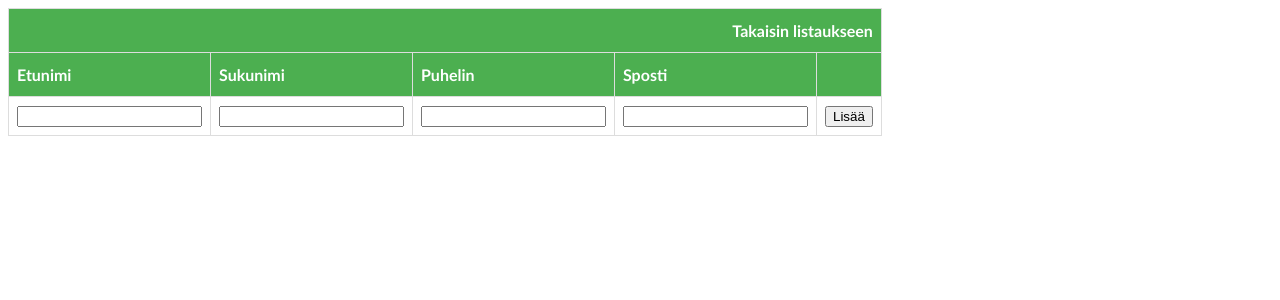
Repository: NicklasHH/Etatehtava_6
Page: http://localhost/Asiakkaat/lisaaasiakas.jsp
The author's editor kept a copy of each file at every save. The page is drawn from the files as they stood at one save, then again after the next save.
The browser window is 1280 px wide. The pictures show the whole page.
The page is served by Tomcat 9. Other server files are loaded and not shown.

Above is the page before, as saved 2022-11-08 12:25:20.
Console error: ReferenceError: asetaFokus is not defined

### Asiakkaat/src/main/webapp/lisaaasiakas.jsp
<%@ page language="java" contentType="text/html; charset=UTF-8"
	pageEncoding="ISO-8859-1"%>
<!DOCTYPE html>
<html>
<head>
<meta charset="utf-8">
<script src="scripts/main.js"></script>
<link rel="stylesheet" type="text/css" href="css/main.css">
<title>Asiakkaan lisäys</title>
</head>
<body onload="asetaFokus('etunimi')">
	<form name="lomake">
		<table>
			<thead>
				<tr>
					<th colspan="5" class="oikealle"><a id="linkki"
						href="listaaasiakkaat.jsp">Takaisin listaukseen</a></th>
				</tr>
				<tr>
					<th>Etunimi</th>
					<th>Sukunimi</th>
					<th>Puhelin</th>
					<th>Sposti</th>
					<th></th>
				</tr>
			</thead>
			<tbody>
				<tr>
					<td><input type="text" name="etunimi" id="etunimi" /></td>
					<td><input type="text" name="sukunimi" id="sukunimi" /></td>
					<td><input type="text" name="puhelin" id="puhelin" /></td>
					<td><input type="text" name="sposti" id="sposti" /></td>
					<td><input type="button" value="Lisää"
						onclick="tutkiJaLisaa()" /></td>
				</tr>
			</tbody>
		</table>
	</form>
	<p id="ilmo"></p>
</body>
</html>

### Asiakkaat/src/main/webapp/scripts/main.js
//funktio lomaketietojen muuttamiseksi JSON-stringiksi
function serialize_form(form) {
	return JSON.stringify(
		Array.from(new FormData(form).entries())
			.reduce((m, [key, value]) => Object.assign(m, { [key]: value }), {})
	);
}

//funktio arvon lukemiseen urlista avaimen perusteella
function requestURLParam(sParam) {
	let sPageURL = window.location.search.substring(1);
	let sURLVariables = sPageURL.split("&");
	for (let i = 0; i < sURLVariables.length; i++) {
		let sParameterName = sURLVariables[i].split("=");
		if (sParameterName[0] == sParam) {
			return sParameterName[1];
		}
	}
}


//funktio tietojen hakemista varten. Kutsutaan backin GET metodia
function haeAsiakkaat() {
	let url = "asiakkaat?hakusana=" + document.getElementById("hakusana").value;
	let requestOptions = {
		method: "GET",
		headers: { "Content-Type": "application/x-www-form-urlencoded" }
	};
	fetch(url, requestOptions)
		.then(response => response.json())//Muutetaan vastausteksti JSON-objektiksi
		.then(response => printItems(response))
		.catch(errorText => console.error("Fetch failed: " + errorText));
}

//Kirjoitetaan tiedot taulukkoon JSON-objektilistasta
function printItems(respObjList) {
	//console.log(respObjList);
	let htmlStr = "";
	for (let item of respObjList) {//yksi kokoelmalooppeista
		htmlStr += "<tr id='rivi_" + item.asiakas_id + "'>";
		htmlStr += "<td>" + item.etunimi + "</td>";
		htmlStr += "<td>" + item.sukunimi + "</td>";
		htmlStr += "<td>" + item.puhelin + "</td>";
		htmlStr += "<td>" + item.sposti + "</td>";
		htmlStr += "<td><a href='muutaasiakas.jsp?id=" + item.asiakas_id + "'>Muuta</a>&nbsp;";
		htmlStr += "<span class='poista' onclick=varmistaPoisto(" + item.asiakas_id + ",'" + encodeURI(item.etunimi + " " + item.sukunimi) + "')>Poista</span></td>"; //encodeURI() muutetaan erikoismerkit, välilyönnit jne. UTF-8 merkeiksi.
		htmlStr += "</tr>";
	}
	document.getElementById("tbody").innerHTML = htmlStr;
}

// Tutkitaan lisättävät tiedot ennen niiden lähettämistä backendiin
function tutkiJaLisaa() {
	if (tutkiTiedot()) {
		lisaaTiedot();
	}
}
// Tutkitaan lisättävät tiedot ennen niiden päivittämistä backendiin
function tutkiJaPaivita() {
	if (tutkiTiedot()) {
		paivitaTiedot();
	}
}

//funktio syöttötietojen tarkistamista varten (yksinkertainen)
function tutkiTiedot() {
	let ilmo = "";
	if (document.getElementById("etunimi").value.length < 2) {
		ilmo = "Etunimi ei kelpaa!";
		document.getElementById("etunimi").focus();
	} else if (document.getElementById("sukunimi").value.length < 2) {
		ilmo = "Sukunimi ei kelpaa!";
		document.getElementById("sukunimi").focus();
	} else if (document.getElementById("puhelin").value.length < 7) {
		ilmo = "puhelinnumero ei kelpaa!";
		document.getElementById("puhelin").focus();
	} else if (document.getElementById("sposti").value.length < 8 || document.getElementById("sposti").value.indexOf(".") == -1 || document.getElementById("sposti").value.indexOf("@") == -1) {
		ilmo = "Sähköposti ei kelpaa!";
		document.getElementById("sposti").focus();
	}

	if (ilmo != "") {
		document.getElementById("ilmo").innerHTML = ilmo;
		setTimeout(function() { document.getElementById("ilmo").innerHTML = ""; }, 3000);
		return false;
	} else {
		document.getElementById("etunimi").value = siivoa(document.getElementById("etunimi").value);
		document.getElementById("sukunimi").value = siivoa(document.getElementById("sukunimi").value);
		document.getElementById("puhelin").value = siivoa(document.getElementById("puhelin").value);
		document.getElementById("sposti").value = siivoa(document.getElementById("sposti").value);
		return true;
	}
}

//Funktio XSS-hyökkäysten estämiseksi (Cross-site scripting)
function siivoa(teksti) {
	teksti = teksti.replace(/</g, "");//&lt;
	teksti = teksti.replace(/>/g, "");//&gt;
	teksti = teksti.replace(/;/g, "");//&#59;
	teksti = teksti.replace(/'/g, "''");//&apos;
	return teksti;
}

//funktio tietojen lisäämistä varten. Kutsutaan backin POST-metodia ja välitetään kutsun mukana asiakkaan tiedot json-stringinä.
function lisaaTiedot() {
	let formData = serialize_form(document.lomake); //Haetaan tiedot lomakkeelta ja muutetaan JSON-stringiksi
	//console.log(formData);
	let url = "asiakkaat";
	let requestOptions = {
		method: "POST", //Lisätään asiakas
		headers: { "Content-Type": "application/json; charset=UTF-8" },  //charset=UTF-8 hoitaa skandinaaviset merkit oikein backendiin
		body: formData
	};
	fetch(url, requestOptions)
		.then(response => response.json())//Muutetaan vastausteksti JSON-objektiksi
		.then(responseObj => {
			//console.log(responseObj);
			if (responseObj.response == 0) {
				document.getElementById("ilmo").innerHTML = "Asiakkaan lisäys epäonnistui.";
			} else if (responseObj.response == 1) {
				document.getElementById("ilmo").innerHTML = "Asiakkaan lisäys onnistui.";
				document.lomake.reset(); //Tyhjennetään asiakkaan lisäämisen lomake
			}
			setTimeout(function() { document.getElementById("ilmo").innerHTML = ""; }, 3000);
		})
		.catch(errorText => console.error("Fetch failed: " + errorText));
}

function varmistaPoisto(asiakas_id, nimi) {
	if (confirm("Poista asiakas " + decodeURI(nimi) + "?")) { //decodeURI() muutetaan enkoodatut merkit takaisin normaaliksi kirjoitukseksi
		poistaAsiakas(asiakas_id, nimi);
	}
}

//Poistetaan Asiakas kutsumalla backin DELETE-metodia ja välittämällä sille poistettavan asiakkaan id
function poistaAsiakas(asiakas_id, nimi) {
	let url = "asiakkaat?asiakas_id=" + asiakas_id;
	let requestOptions = {
		method: "DELETE"
	};
	fetch(url, requestOptions)
		.then(response => response.json())//Muutetaan vastausteksti JSON-objektiksi
		.then(responseObj => {
			//console.log(responseObj);
			if (responseObj.response == 0) {
				alert("Asiakkaan poisto epäonnistui.");
			} else if (responseObj.response == 1) {
				document.getElementById("rivi_" + asiakas_id).style.backgroundColor = "red";
				alert("Asiakkaan " + decodeURI(nimi) + " poisto onnistui."); //decodeURI() muutetaan enkoodatut merkit takaisin normaaliksi kirjoitukseksi
				haeAsiakkaat();
			}
		})
		.catch(errorText => console.error("Fetch failed: " + errorText));
}


//Funktio tietojen hakemista varten. Kutsutaan backin GET metodia
function haeAsiakas() {
	let url = "asiakkaat?asiakas_id=" + requestURLParam("id");
	let requestOptions = {
		method: "GET",
		headers: { "Content-Type": "application/x-www-form-urlencoded" }
	};
	fetch(url, requestOptions)
		.then(response => response.json())//Muutetaan vastausteksti JSON-objektiksi
		.then(response => {
			console.log(response)
			document.getElementById("asiakas_id").value = response.asiakas_id;
			document.getElementById("etunimi").value = response.etunimi;
			document.getElementById("sukunimi").value = response.sukunimi;
			document.getElementById("puhelin").value = response.puhelin;
			document.getElementById("sposti").value = response.sposti;
		})
		.catch(errorText => console.error("Fetch failed: " + errorText));
}

//funktio tietojen päivittämistä varten. Kutsutaan backin PUT-metodia ja välitetään kutsun mukana uudet tiedot json-stringinä.
function paivitaTiedot() {
	let formData = serialize_form(lomake); //Haetaan tiedot lomakkeelta ja muutetaan JSON-stringiksi
	//console.log(formData);
	let url = "asiakkaat";
	let requestOptions = {
		method: "PUT", //Muutetaan asiakas
		headers: { "Content-Type": "application/json; charset=UTF-8" },
		body: formData
	};
	fetch(url, requestOptions)
		.then(response => response.json())//Muutetaan vastausteksti JSON-objektiksi
		.then(responseObj => {
			//console.log(responseObj);
			if (responseObj.response == 0) {
				document.getElementById("ilmo").innerHTML = "Asiakkaan muutos epäonnistui.";
			} else if (responseObj.response == 1) {
				document.getElementById("ilmo").innerHTML = "Asiakkaan muutos onnistui.";
				document.lomake.reset(); //Tyhjennetään auton muuttamisen lomake
			}
		})
		.catch(errorText => console.error("Fetch failed: " + errorText));
}
function asetaFocus(target){
	document.getElementById(target).focus();
}

### Asiakkaat/src/main/webapp/css/main.css
@charset "utf-8";

table {
	font-family: "Trebuchet MS", Arial, Helvetica, sans-serif;
	border-collapse: collapse;
	width: 50%;
}

table td, table th {
	border: 1px solid #ddd;
	padding: 8px;
}

table tbody tr:nth-child(even) {
	background-color: #f2f2f2;
}

table tbody tr:hover {
	background-color: #ddd;
}

table th {
	padding-top: 12px;
	padding-bottom: 12px;
	text-align: left;
	background-color: #4CAF50;
	color: white;
}

.poista {
	color: red;
	text-decoration: underline;
	cursor: pointer;
}

.oikealle {
	text-align: right;
}

#uusiAsiakas, #takaisin {
	color: white;
	cursor: pointer;
}

#linkki {
	color: white;
	text-decoration: none;
}
#linkki:hover {
  color: black;
}

After the next save:
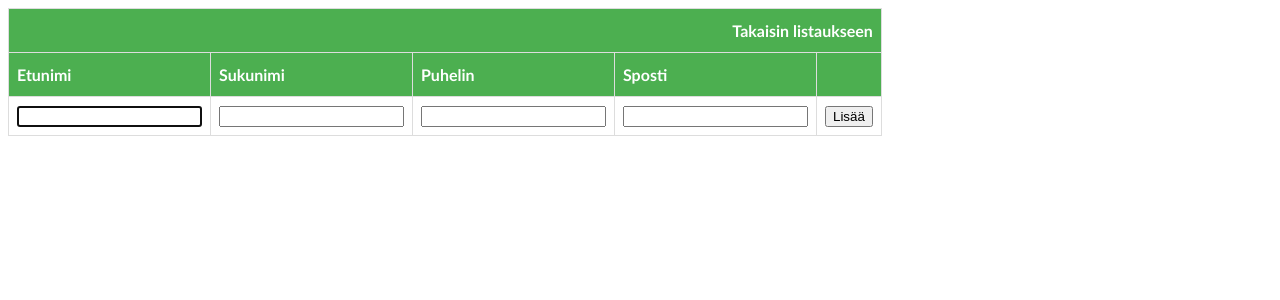
The error is gone.
Saved 11 s later.
--- a/Asiakkaat/src/main/webapp/lisaaasiakas.jsp
+++ b/Asiakkaat/src/main/webapp/lisaaasiakas.jsp
@@ -8,7 +8,7 @@
 <link rel="stylesheet" type="text/css" href="css/main.css">
 <title>Asiakkaan lisäys</title>
 </head>
-<body onload="asetaFokus('etunimi')">
+<body onload="asetaFocus('etunimi')">
 	<form name="lomake">
 		<table>
 			<thead>
